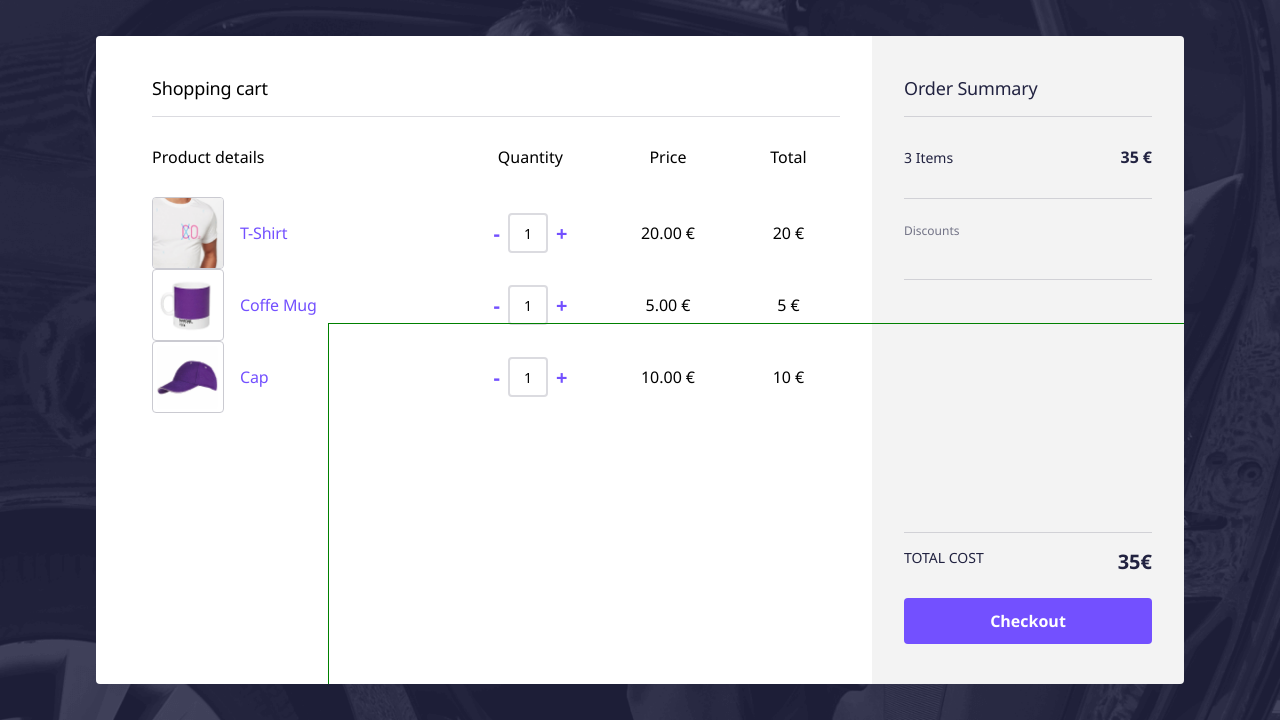
Repository: banchiec/challengecbfy
Page: /
These files come from the project's save history. The page is drawn as it stood at one moment and after the next save; the edit follows.
The browser window is 1280 px wide. The pictures show the whole page.
An inner scrolling area shows only its first screen. Some web fonts or font styles are not loaded; a fallback is used. The project was rebuilt for these pictures with package versions that can differ from the ones it lists, and the page was loaded fresh each time. Also part of the build but not shown: craco.config.js.

Above is the page before, as saved 2021-12-10 12:44:46.

### src/index.js
import './index.css';
import App from './App';
import Checkout from './helpers/checkout'
// here a service should be called to obtain the api data
import { products } from './data/data'

import discounts from './helpers/discounts';

const purchase = new Checkout(products, discounts)
purchase.init()
App(purchase)

### src/index.css
@tailwind base;
@tailwind components;
@tailwind utilities;

body {
  margin: 0;
  font-family: -apple-system, BlinkMacSystemFont, 'Segoe UI', 'Roboto', 'Oxygen',
    'Ubuntu', 'Cantarell', 'Fira Sans', 'Droid Sans', 'Helvetica Neue',
    sans-serif;
  -webkit-font-smoothing: antialiased;
  -moz-osx-font-smoothing: grayscale;
}

code {
  font-family: source-code-pro, Menlo, Monaco, Consolas, 'Courier New',
    monospace;
}

@font-face {
  font-family: 'Avenir';
  src:local('Avenir'), url(./assets/fonts/Avenir-Black.woff) format('woff');
}

### src/App.js
import { render } from 'react-dom';
import Main from './components/main/Main'
import './App.css';

function App(purchase) {
  render(<Main purchase={purchase} />, document.getElementById('root'))
}

export default App;

### src/helpers/checkout.js
export default class Checkout {
    constructor(price, discounts = []) {
        this.price = price.reduce((acc, good) => ({ ...acc, [good.code]: good }), {})
        this.discounts = discounts
        this.cartItems = []
    }
    init() {
        this.scan('TSHIRT')
        this.scan('MUG')
        this.scan('CAP')
    }
    scan(code, argument = 1) {
        const currentCartItem = this.cartItems.find((item) => item.code === code);
        if (currentCartItem) {
            switch (argument) {
                case 1:
                    currentCartItem.count += 1;
                    break;
                case -1:
                    currentCartItem.count -= 1;
                    if (currentCartItem.count === 0) {
                        this.cartItems = this.cartItems.filter((item) => item.code !== code);
                    }
                    break;
                default:
                    currentCartItem.count = argument;
                    break;
            }
            return this;
        }
        const currentPriceItem = this.price[code];
        // console.log(this.price)
        if (currentPriceItem) {
            switch (argument) {
                case 1:
                    this.cartItems.push({ ...currentPriceItem, count: 1 });
                    break;
                case -1:
                    break;
                default:
                    this.cartItems.push({ ...currentPriceItem, count: argument });
            }
            return this;
        }
        return new Error(`product with code ${code} has not been found`);


    }
    get actualDiscounts() {
        return this.discounts.reduce(
            (acc, discount) => {
                const res = discount.check(this.items);
                if (res) return [...acc, res];
                return acc;
            }, [],
        );
    }
    get items() {
        return this.cartItems
    }

    get totalDiscount() {
        return this.actualDiscounts.reduce((acc, { discountAmount }) => acc + discountAmount, 0);
    }
    cost(code) {
        const currentCartItem = this.cartItems.find((item) => item.code === code);
        if (currentCartItem) {
            return currentCartItem.count * currentCartItem.price;
        }
        return null;
    }

    preCalc() {
        return ({
            countItems: this.cartItems.reduce((acc, item) => acc + item.count, 0),
            summaryCost: this.cartItems.reduce((acc, item) => acc + (item.count * item.price), 0),
            actualDiscounts: this.actualDiscounts,
        });
    }

    // method total will return total cost as number
    total() {
        return this.cartItems.reduce(
            (acc, item) => acc + (item.count * item.price),
            0,
        ) - this.totalDiscount;
    }
}

### src/data/data.js
import shirt from '../assets/images/shirt.png'
import mug from '../assets/images/mug.png'
import cap from '../assets/images/cap.png'
export const products = [
    {
        id: '1',
        code: 'TSHIRT',
        name: 'T-Shirt',
        price: '20.00',
        image: shirt
    },
    {
        id: '3',
        code: 'MUG',
        name: 'Coffe Mug',
        price: '5.00',
        image: mug

    },
    {
        id: '4',
        code: 'CAP',
        name: 'Cap',
        price: '10.00',
        image: cap

    }
]

### src/helpers/discounts.js
const discounts = [
    {
        name: '2-for-1-Mug',
        check: (products) => {
            const currentProduct = products.find((product) => product.code === 'MUG')
            if (currentProduct && currentProduct.count > 1) {
                return ({
                    name: '2x1 Mug offer',
                    discountAmount: Math.trunc(currentProduct.count / 2) * currentProduct.price
                })
            }
            return null
        }
    },
    {
        name: 'bulk-discount-shirt',
        check: (products) => {
            const currentProduct = products.find((product) => product.code === 'TSHIRT')
            if (currentProduct && currentProduct.count >= 3) {
                return ({
                    name: 'x3-Shirt-offer',
                    discountAmount: (currentProduct.price / 100) * 5 * currentProduct.count
                })
            }
            return null
        }
    }
]

export default discounts

### src/components/main/Main.js
import { useState } from "react"
import OrderSummery from "../OrderSummery/OrderSummery"
import { ShoppingCart } from "../shoppingCart/ShoppingCart"

export default function Main(props) {
    const { purchase } = props
    const [items, setItems] = useState(purchase.items)

    const initStateSum = purchase.preCalc()
    const initTotalCost = purchase.total()

    const [summary, setSummary] = useState({
        ...initStateSum,
        totalCost: initTotalCost
    })

    const scan = (code) => (op) => (e) => {
        switch (op) {
            case 'dec':
                purchase.scan(code, -1);
                break;
            case 'set':
                purchase.scan(code, Number(e.target.value));
                console.log(e.target.value)
                break;
            case 'inc':
                purchase.scan(code, 1);
                break;
            default:
                // unknown operation
                break;
        }
        // set new cart items list for react
        setItems([...purchase.items]);
        const newSums = purchase.preCalc();
        const newTotalCost = purchase.total();
        setSummary({
            ...newSums,
            totalCost: newTotalCost,
        });

    }
    const cost = (code) => purchase.cost(code)

    return (
        <main className="App">
            <ShoppingCart items={items} scan={scan} cost={cost} />
            <OrderSummery summary={summary} />
        </main>
    )
}

### src/App.css
* {
  box-sizing: border-box;
  outline: none;
}

html,
body,
div,
span,
applet,
object,
iframe,
h1,
h2,
h3,
h4,
h5,
h6,
p,
blockquote,
pre,
a,
abbr,
acronym,
address,
big,
button,
cite,
code,
del,
dfn,
em,
img,
ins,
kbd,
q,
s,
samp,
small,
strike,
strong,
sub,
sup,
tt,
var,
b,
u,
i,
center,
dl,
dt,
dd,
ol,
ul,
li,
fieldset,
form,
label,
legend,
table,
caption,
tbody,
tfoot,
thead,
tr,
th,
td,
article,
aside,
canvas,
details,
embed,
figure,
figcaption,
footer,
header,
hgroup,
menu,
nav,
output,
ruby,
section,
summary,
time,
mark,
audio,
video {
  margin: 0;
  padding: 0;
  border: 0;
  vertical-align: baseline;
  font: 100%;
}

/* HTML5 display-role reset for older browsers */
article,
aside,
details,
figcaption,
figure,
footer,
header,
hgroup,
menu,
nav,
section {
  display: block;
}

body {
  -webkit-font-smoothing: antialiased;
  -moz-osx-font-smoothing: grayscale;
  line-height: 1;
}

ol,
ul {
  list-style: none;
}

blockquote,
q {
  quotes: none;
}

a {
  cursor: pointer;
}

blockquote:before,
blockquote:after,
q:before,
q:after {
  content: none;
}

table {
  border-spacing: 0;
  border-collapse: collapse;
}

a {
  text-decoration: none;
}

input:not([type="checkbox"]):not([type="radio"]),
textarea {
  appearance: none;
}

input[type="number"]::-webkit-outer-spin-button,
input[type="number"]::-webkit-inner-spin-button {
  margin: 0;
  appearance: none;
}

input[type="number"] {
  appearance: textfield;
}

input::-ms-clear {
  display: none;
}

select::-ms-expand {
  display: none;
}

textarea {
  overflow: auto;
  vertical-align: top;
}

input::placeholder {
  opacity: 1;
}

h1.main {
  padding-bottom: 16px;
  border-bottom: 1px solid rgba(33, 34, 64, 0.16);
}

.wrapper.border,
.wrapper-half.border {
  border-bottom: 1px solid rgba(33, 34, 64, 0.16);
}

h2,
.products-list li.products-list-title {
  color: #a6a7b3;
  letter-spacing: 1px;
  font-size: 10px;
  line-height: 16px;
}

h2,
.product-code {
  font-size: 12px;
  line-height: 16px;
}

.product-quantity,
.summary input,
.summary ul li,
.summary-total-cost {
  font-size: 14px;
  line-height: 17px;
}

.product h1 {
  font-size: 16px;
  line-height: 24px;
}

.products button.count,
.summary-total-price {
  font-size: 20px;
  line-height: 25px;
}

h2 {
  color: #717285;
  letter-spacing: 0;
  font-weight: 300;
}

h2 + * {
  margin-top: 16px;
}

body {
  margin: 0;
  padding: 0;
  height: 100vh;
  background-image: url("./assets/images/background.png");
  background-color: #212240;
  background-position: top left;
  background-size: cover;
  font-family: Avenir, "Avenir Next", "Segoe UI", sans-serif;
  font-weight: regular;
}

.App {
  position: fixed;
  top: 50%;
  left: 50%;
  display: flex;
  overflow-x: hidden;
  overflow-y: auto;
  max-width: 1088px;
  max-height: 648px;
  width: calc(100% - 64px);
  height: calc(100% - 64px);
  border-radius: 4px;
  background-color: #ffffff;
  transform: translate(-50%, -50%);
}

h1 {
  position: relative;
  letter-spacing: -0.18px;
  font-size: 18px;
  line-height: 24px;
}

.wrapper {
  padding: 32px 0;
}

.wrapper-half {
  padding: 24px 0;
}

.tableHead {
  padding: 32px 0;
}

.row {
  position: relative;
  display: flex;
  flex-flow: row nowrap;
  justify-content: space-between;
}

.row + .row {
  margin-top: 32px;
}

[class*="col-"] {
  display: flex;
  align-items: center;
}

[class*="col-"]:nth-child(n + 2) {
  justify-content: center;
}

.col-product {
  width: 45%;
}

.col-quantity {
  width: 20%;
}

.col-price {
  width: 20%;
}

.col-total {
  width: 15%;
}

input {
  width: 100%;
  height: 48px;
  border-radius: 4px;
}

.currency {
  margin-left: 4px;
}

.products {
  padding: 40px 32px 40px 56px;
}

.products button.count {
  padding: 0 8px;
  height: 40px;
  border: none;
  background: transparent;
  color: #7350ff;
  font-weight: bold;
  cursor: pointer;
}

.products {
  flex: 1;
}

.products-list {
  position: relative;
  width: 100%;
}

.product-image {
  display: flex;
  align-items: center;
  flex-flow: row nowrap;
}

.product-image img {
  margin-right: 16px;
  width: 72px;
  height: 72px;
  border: 1px solid #cacad1;
  border-radius: 4px;
}

.product-code {
  border-radius: 4px;
  color: #a6a7b3;
  letter-spacing: 0.13px;
  font-weight: 400;
}

.product-quantity {
  width: 40px;
  height: 40px;
  border: 2px solid #dbdbe0;
  border-radius: 4px;
  text-align: center;
}

.product-price {
  color: #000000;
  font-size: 16px;
}

.product .clear {
  border: none;
  background: transparent;
}

.product .clear span {
  position: relative;
  display: block;
  width: 16px;
  height: 16px;
}

.product .clear span:before,
.product .clear span:after {
  content: "";
  position: absolute;
  top: 8px;
  left: 2px;
  display: block;
  width: 12px;
  height: 2px;
  border-radius: 8px;
  background-color: #a6a7b3;
  transform: rotate(-45deg);
  transform-origin: center center;
}

.product .clear span:before {
  transform: rotate(45deg);
}

.product h1 {
  color: #7350ff;
}

.summary {
  display: flex;
  flex-flow: column wrap;
  padding: 40px 32px;
  width: 312px;
  background-color: #f3f3f3;
  color: #212240;
}

.summary > * {
  width: 100%;
}

.summary-items-price {
  font-size: 16px;
  font-weight: bold;
}

.summary input {
  margin: 8px auto;
  color: #a6a7b3;
  text-indent: 16px;
  text-transform: uppercase;
}

.summary input::placeholder {
  color: #a6a7b3;
  text-transform: lowercase;
}

.summary ul li {
  display: flex;
  justify-content: space-between;
}

.summary ul li > *:nth-child(2) {
  font-weight: bold;
}

.summary ul li + li {
  margin-top: 20px;
}

.summary-total {
  align-self: flex-end;
  margin-top: auto;
  padding-top: 16px;
  padding-bottom: 0;
  border-top: 1px solid rgba(33, 34, 64, 0.16);
  color: #212240;
}

.summary-total-cost {
  flex-basis: 100%;
  text-transform: uppercase;
}

.summary-total-price {
  font-weight: bold;
}

.summary button[type="submit"] {
  margin-top: 24px;
  padding-top: 16px;
  padding-bottom: 16px;
  width: 100%;
  border-radius: 4px;
  background: #7350ff;
  color: #ffffff;
  font-size: 16px;
  font-weight: bold;
  line-height: 14px;
  cursor: pointer;
}

/* MODAL */
.modal {
  position: absolute ;
  width: 1088px;
  height: 648px;
  left: 176px;
  top: 126px;
  border: 1px solid green;
}
.content {
  position: absolute;
  width: 248px;
  height: 358px;
  left: 984px;
  top: 270px;
}
.background {
  position: absolute;
  width: 1440px;
  height: 904px;
  left: 0px;
  top: -2px;
}

### src/components/OrderSummery/OrderSummery.js
import React from 'react';
import { uniqueId } from 'lodash';

function OrderSummery(props) {
    const {
        summary: {
            countItems, summaryCost, actualDiscounts, totalCost,
        },
    } = props;
    return (
        <aside className="summary">
            <h1 className="main">Order Summary</h1>
            <ul className="summary-items wrapper border">
                <li>
                    <span className="summary-items-number">
                        {countItems || 0}
                        {' '}
                        Items
                    </span>
                    <span className="summary-items-price">
                        {summaryCost || 0}
                        <span className="currency">
                            €
                        </span>
                    </span>
                </li>
            </ul>
            <div className="summary-discounts wrapper-half border">
                <h2>Discounts</h2>
                {actualDiscounts && (
                    <ul>
                        {actualDiscounts.map((disc) => (
                            <li key={uniqueId()}>
                                <span>{disc.name}</span>
                                <span>
                                    -
                                    {disc.discountAmount}
                                    {' '}
                                    €
                                </span>
                            </li>
                        ))}
                    </ul>
                )}
            </div>
            <div className="summary-total wrapper">
                <ul>
                    <li>
                        <span className="summary-total-cost">
                            Total cost
                        </span>
                        <span className="summary-total-price">
                            {totalCost || 0}
                            €
                        </span>
                    </li>
                </ul>
                <button type="submit">Checkout</button>
            </div>
        </aside>
    );
}

export default OrderSummery;

### src/components/shoppingCart/ShoppingCart.js
import { uniqueId } from 'lodash'
import { CartString } from '../CartString/CartString'

export const ShoppingCart = (props) => {
    // console.log(props)
    const { items, scan, cost } = props


    const setDetails = (e) => {
        console.log(e)

    }

    return (
        <section className="products">
            <h1 className="main">Shopping cart</h1>
            <ul className="product-list tableHead">
                <li className="products-list-title row">
                    <div className="col-product">Product details</div>
                    <div className="col-quantity">Quantity</div>
                    <div className="col-price">Price</div>
                    <div className="col-total">Total</div>
                </li>
            </ul>
            <ul className="products-list">
                {items.map((item) => (
                    <CartString
                        content={item}
                        scan={scan(item.code)}
                        cost={cost(item.code)}
                        key={uniqueId()}
                        onClick={setDetails}
                    />
                ))}
            </ul>
        </section>
    )
}

### src/components/CartString/CartString.js
import { useState } from 'react'
// import DetailsModal from "../DetailsModal/DetailsModal"

export const CartString = (props) => {
    const [show, setShow] = useState(false)
    const {
        content: {
            productCode,
            name,
            count,
            image,
            price
        },
        scan,
        cost,
    } = props

    const setDetails = (e) => {
        console.log(e)
    }


    return (
        <>
            <div className="modal">
                <div className="content"></div>
            </div>
            <li className="product row" onClick={setDetails}>
                <div className="col-product">
                    <figure className="product-image">
                        <img src={image} alt={image} />
                        <div className="product-description">
                            <h1 className="product-description-details">{name}</h1>
                            <p className="product-code">{productCode}</p>
                        </div>
                    </figure>
                </div>
                <div className="col-quantity">
                    <button type="button" className="count" onClick={scan('dec')}>
                        -
                    </button>
                    <input type="text" className="product-quantity" value={count} onChange={scan('set')} />
                    <button type="button" className="count" onClick={scan('inc')}>
                        +
                    </button>
                </div>
                <div className="col-price">
                    <span className="product-price">
                        {price}
                    </span>
                    <span className="product-currency currency">€</span>
                </div>
                <div className="col-total">
                    <span className="product-price">{cost}</span>
                    <span className="product-currency currency">€</span>
                </div>
            </li>
        </>
    )
}

Loaded but not shown: public/index.html (common file); tailwind.config.js (common file)

After the next save:
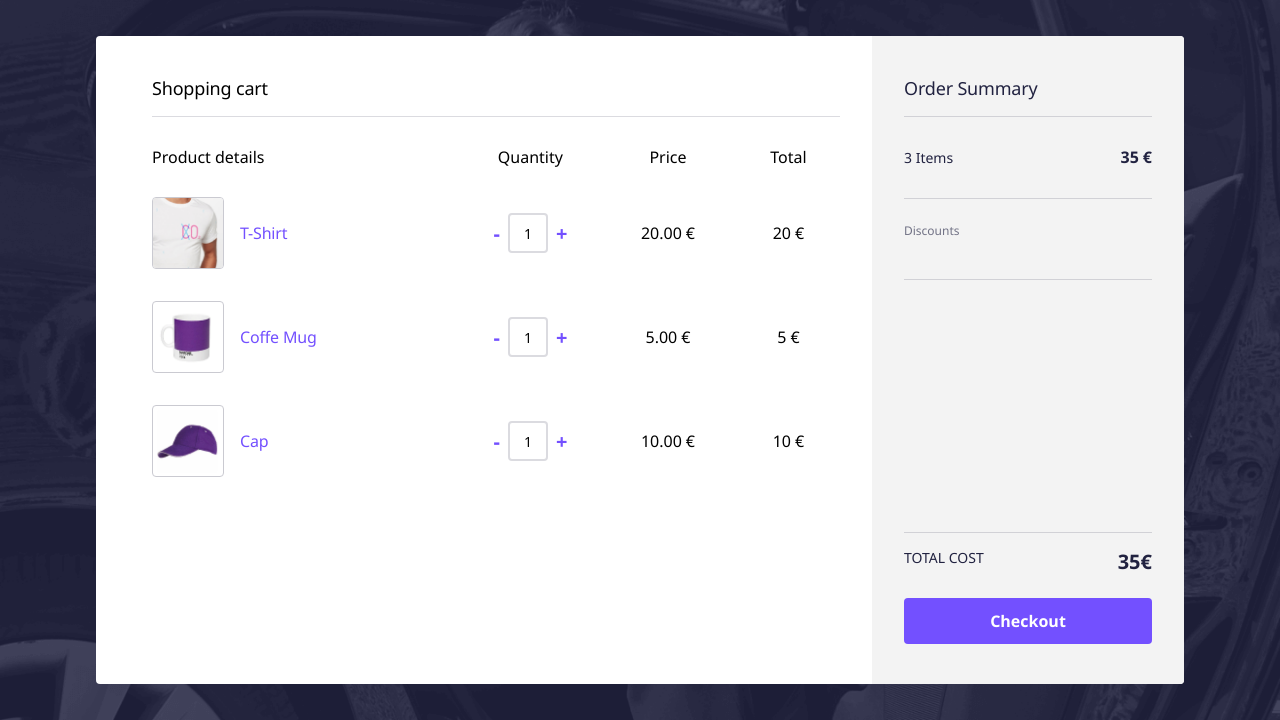
Saved 2 min 35 s later.
--- a/src/components/CartString/CartString.js
+++ b/src/components/CartString/CartString.js
@@ -22,9 +22,6 @@ export const CartString = (props) => {
 
     return (
         <>
-            <div className="modal">
-                <div className="content"></div>
-            </div>
             <li className="product row" onClick={setDetails}>
                 <div className="col-product">
                     <figure className="product-image">
